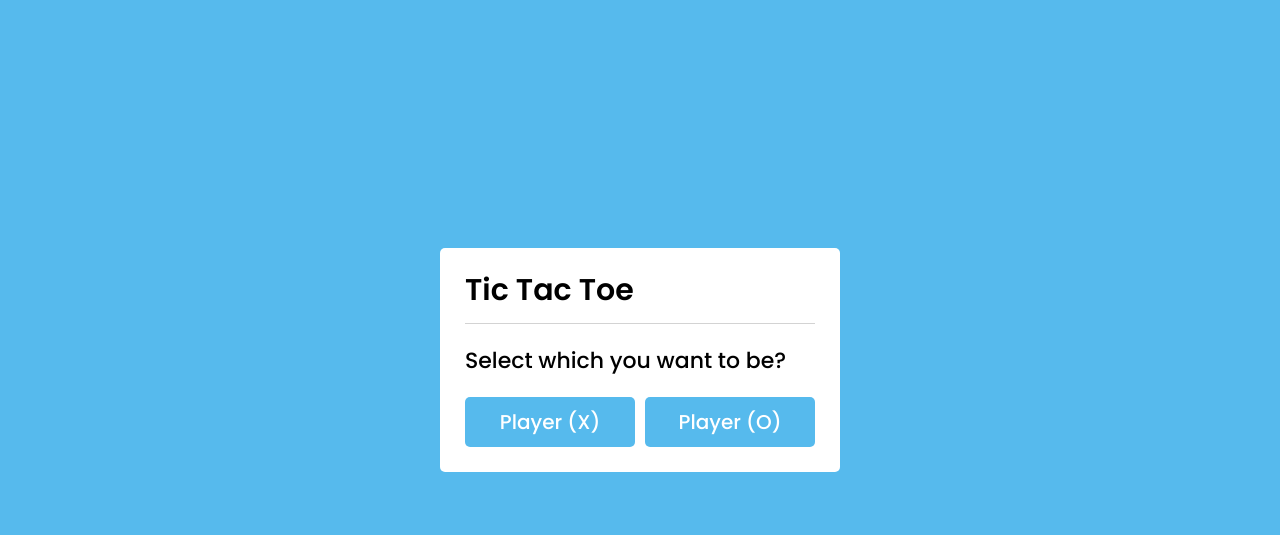
Repository: LusyaPetrosyan/Tic-Tac-Toe
Page: index.html
An editor plug-in stored every save of this project. The page is shown before and after the next save, followed by the edit.
The browser window is 1280 px wide. The pictures show the whole page.

Above is the page before, as saved 2022-02-07 02:52:55.

After the next save:
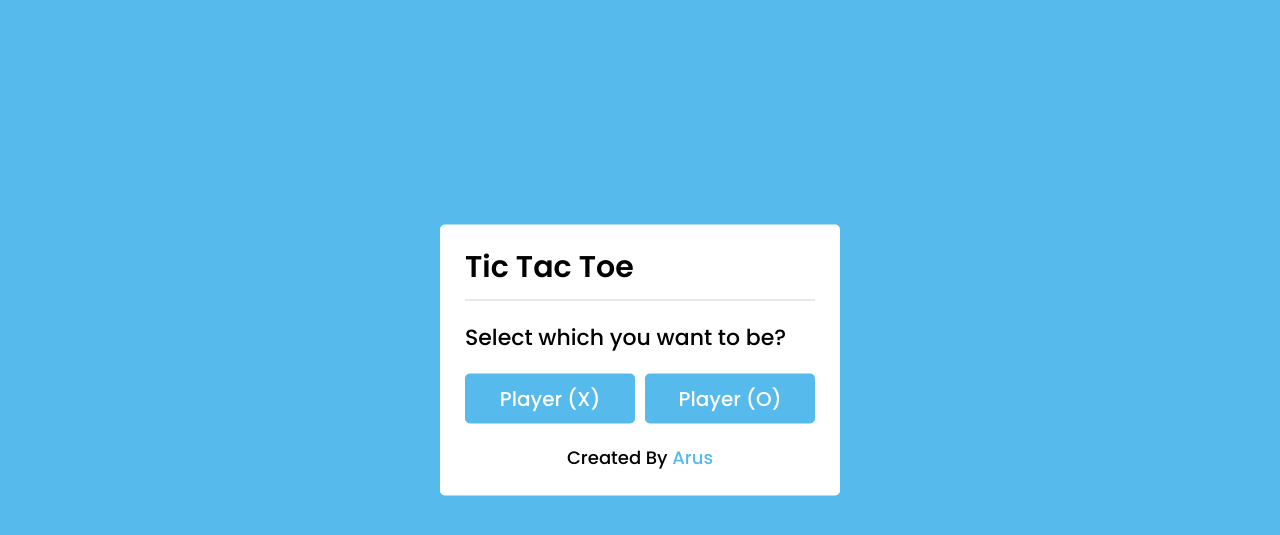
Saved 5 s later.
--- a/index.html
+++ b/index.html
@@ -18,6 +18,7 @@
         <button class="playerX">Player (X)</button>
         <button class="playerO">Player (O)</button>
       </div>
+      <div class="credit">Created By <a href="https://www.linkedin.com/in/arusyak-aghajanyan/" target="_blank">Arus</a></div>
     </div>
   </div>
   <!-- playboard section -->
